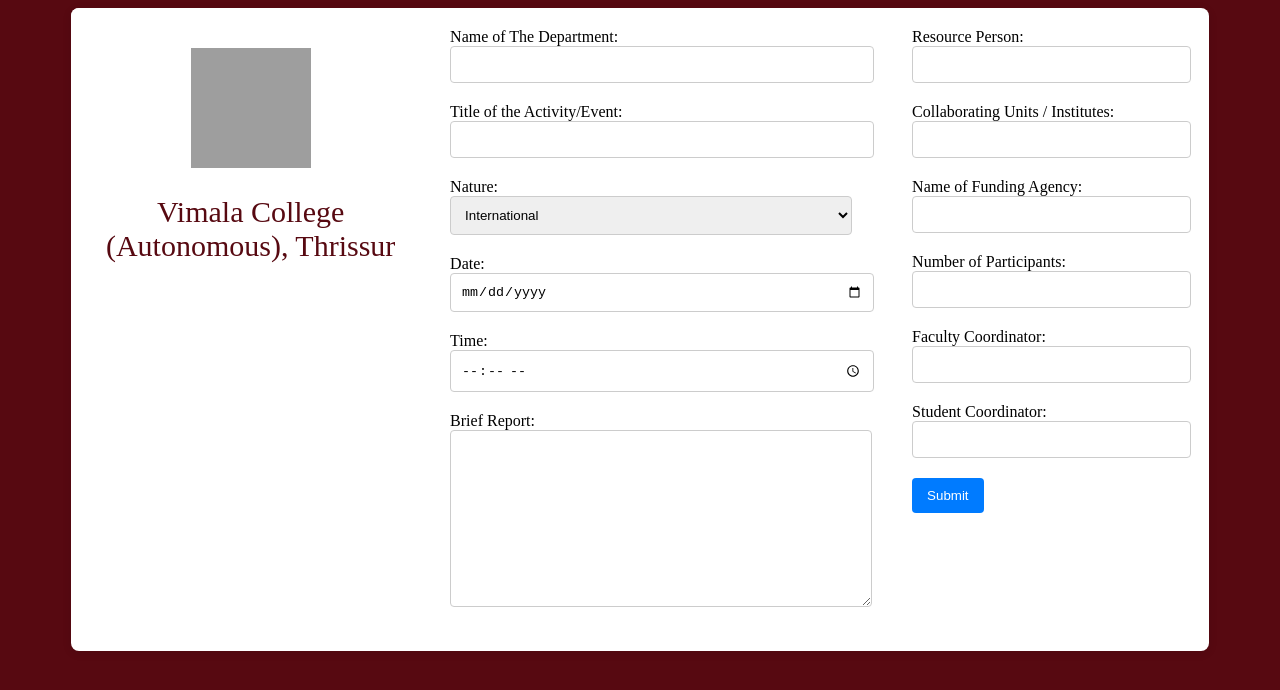
Repository: Rammjay/vimala-activity-report
Page: http://localhost/
An editor plug-in stored every save of this project. The page is shown before and after the next save, followed by the edit.
The browser window is 1280 px wide. The pictures show the whole page.
Pictures or frames that could not be fetched are drawn as grey boxes. The page is served by the project's application, run on Django 5.2 (report/manage.py).

Above is the page before, as saved 2024-09-22 15:43:41.

After the next save:
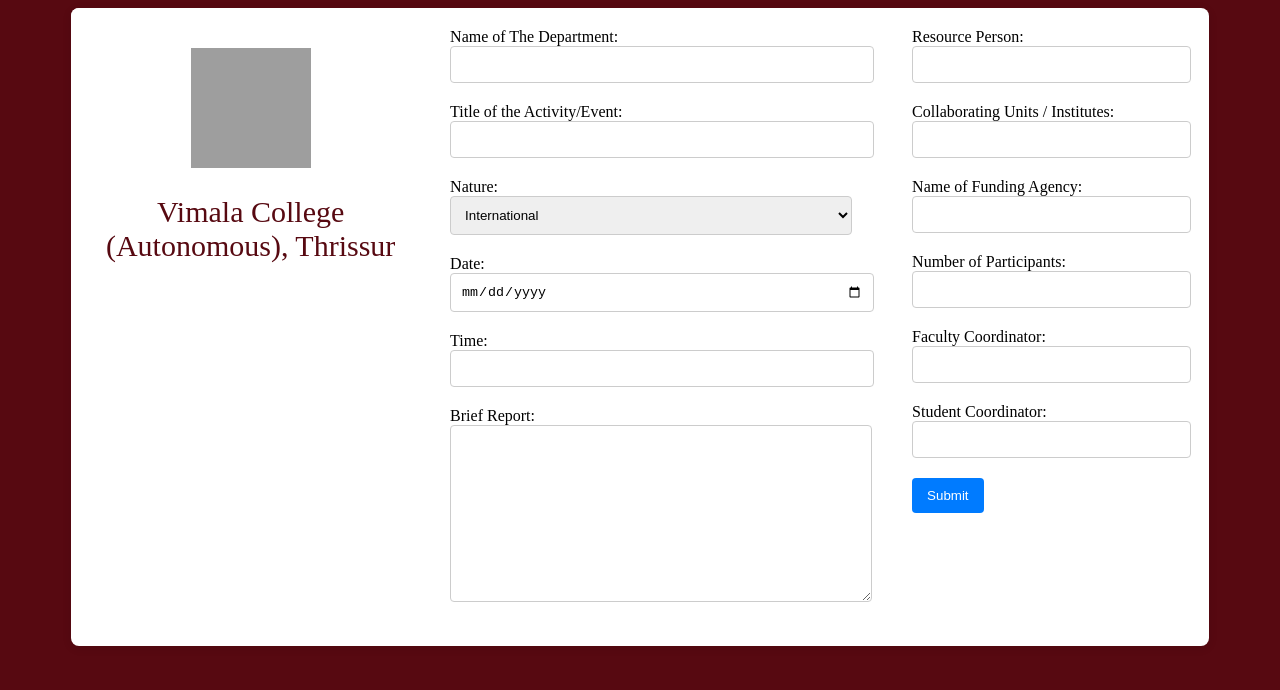
Saved 108 s later.
--- a/vim/report/reports/templates/1.html
+++ b/vim/report/reports/templates/1.html
@@ -111,7 +111,7 @@
                     <input type="date" id="date" name="date" required>
 
                     <label for="time">Time:</label>
-                    <input type="time" id="time" name="time" required>
+                    <input type="text" id="time" name="time" required>
                     <label for="br">Brief Report:</label>
                     <textarea id="br" name="br" style="width: 400px;height: 155px;" required></textarea>
 
